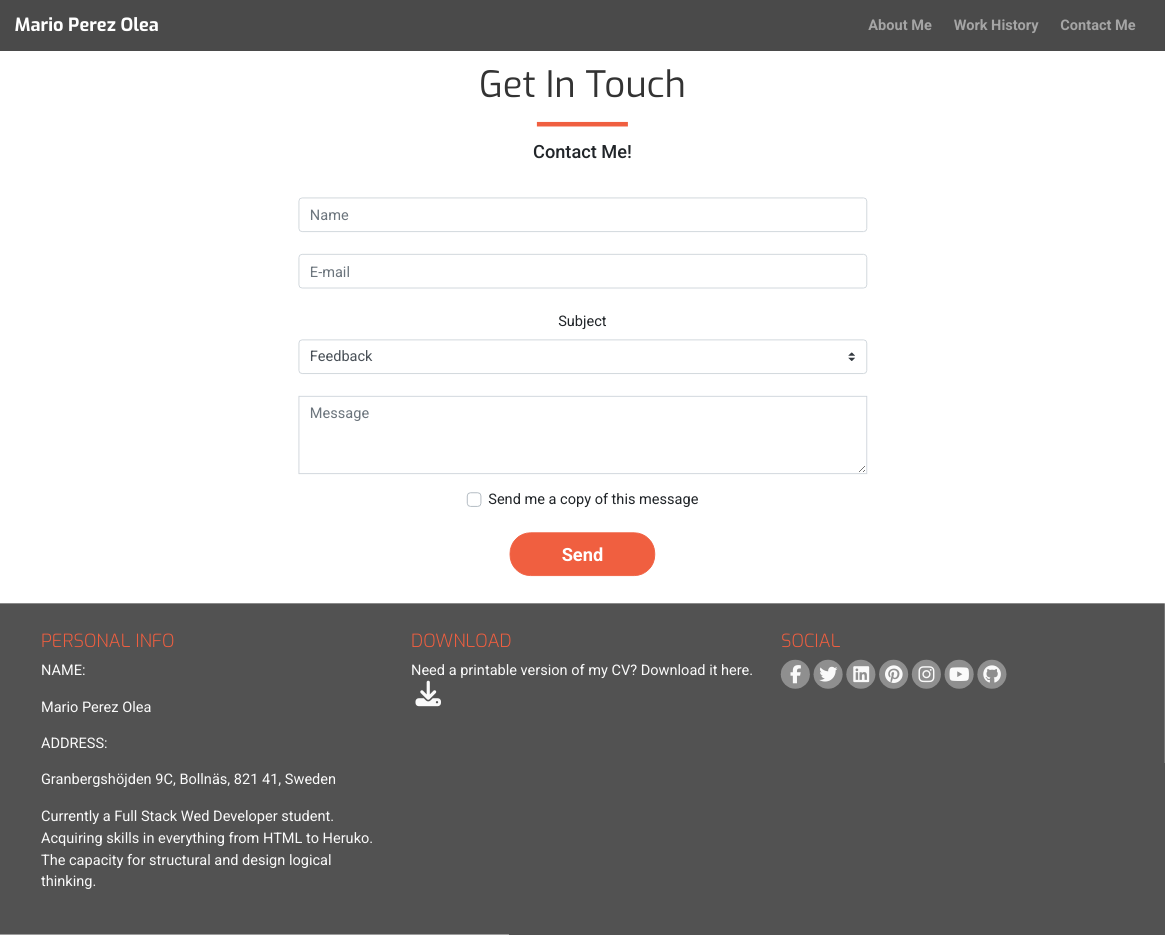
Repository: Supermario78/my-first-milestone-project
Page: contact.html
The author's editor kept a record of every edit. The page is drawn from the files as they stood at one moment, then again after the next edit.
The browser window is 1280 px wide. The pictures show the whole page, at 91% of full size.
Some web libraries are served in a nearby version.

Above is the page before.

### contact.html
<!DOCTYPE html>
<html lang="en">

<head>
    <meta charset="UTF-8">
    <meta name="viewport" content="width=device-width, initial-scale=1.0">
    <meta http-equiv="X-UA-Compatible" content="ie=edge">
    <link rel="stylesheet" href="https://stackpath.bootstrapcdn.com/bootstrap/4.3.1/css/bootstrap.min.css" type="text/css" />
    <link rel="stylesheet" href="https://stackpath.bootstrapcdn.com/font-awesome/4.7.0/css/font-awesome.min.css" type="text/css" />
    <link href="https://fonts.googleapis.com/css?family=Roboto:400,700&display=swap" rel="stylesheet">
    <script src="https://kit.fontawesome.com/2890cdb4fa.js"></script>
    <link rel="stylesheet" href="assets/css/style.css" type="text/css" />
    <title>Personal Profile | Mario Perez Olea</title>
</head>

<body>
    <section class="container-fluid fixed-top">
        <div class="navalert-container navbar-contact">
            <nav class="navbar navbar-dark navbar-expand-sm">
                <a href="index.html" class="navbar-brand">Mario Perez Olea</a>

                <button class="navbar-toggler ml-auto" type="button" data-toggle="collapse" data-target="#navbarNavDropdown" aria-controls="navbarNavDropdown" aria-expanded="false" aria-label="Toggle navigation">
        <span class="navbar-toggler-icon"></span></button>

                <div class="collapse navbar-collapse" id="navbarNavDropdown">
                    <ul class="navbar-nav ml-auto">
                        <li class="nav-item mr-2"><a class="nav-link" href="index.html#about-me">About Me</a></li>
                        <li class="nav-item mr-2"><a class="nav-link" href="work-history.html" class="hvr-sweep-to-bottom">Work History</a></li>
                        <li class="nav-item mr-2"><a class="nav-link" href="contact.html">Contact Me</a></li>
                    </ul>
                </div>
            </nav>
        </div>
    </section>

    <section class="container-fluid">
        <div class="row bg-color-contact-section">
            <div class="col">
                <h3 class="contact-heading text-center">Get In Touch</h3>
                <hr class="block-divider block-divider--orange">

                <h5 class="text-center">Contact Me!</h5>

                <div class="center-form text-center">
                    <!-- Name -->
                    <input type="text" id="defaultContactFormName" class="form-control mb-4" placeholder="Name">

                    <!-- Email -->
                    <input type="email" id="defaultContactFormEmail" class="form-control mb-4" placeholder="E-mail">

                    <!-- Subject -->
                    <label>Subject</label>
                    <select class="browser-default custom-select mb-4">
                        <option value="" disabled>Choose option</option>
                        <option value="1" selected>Feedback</option>
                        <option value="2">Report a bug</option>
                        <option value="3">Request Colaboration</option>
                        <option value="4">Job Prospect</option>
                        <option value="5">Other</option>
                    </select>

                    <!-- Message -->
                    <div class="form-group">
                        <textarea class="form-control rounded-0" id="exampleFormControlTextarea2" rows="3" placeholder="Message"></textarea>
                    </div>

                    <!-- Copy -->
                    <div class="custom-control custom-checkbox mb-4">
                        <input type="checkbox" class="custom-control-input" id="defaultContactFormCopy">
                        <label class="custom-control-label" for="defaultContactFormCopy">Send me a copy of this message</label>
                    </div>

                    <!-- Send button -->
                    <button class="btn btn-lg btn--cta btn--red" type="submit">Send</button>

                    </form>
                </div>
            </div>
        </div>
    </section>
    <!-----------------  footer -------->

    <footer class="container-fluid">
        <div id="footer-details" class="row footer-contact">
            <div class="col-sm-4 bg-color-personal-info section-column">
                <div class="row">
                    <div class="col-12">
                        <h5 class="uppercase general-sub">Personal Info</h5>
                    </div>
                </div>
                <div class="personal-info-item">
                    <div class="key">
                        <p class="uppercase">
                            Name:
                        </p>
                    </div>
                    <div class="value">
                        <p>
                           Mario Perez Olea
                        </p>
                    </div>
                </div>
                <div class="personal-info-item">
                    <div class="key">
                        <p class="uppercase">
                            Address:
                        </p>
                    </div>
                    <div class="value">
                        <p>
                           Granbergshöjden 9C, Bollnäs, 821 41, Sweden
                        </p>
                    </div>
                </div>

                <p class="inline-block">
                    Currently a Full Stack Wed Developer student. Acquiring skills in everything from HTML to Heruko. The capacity for structural and design logical thinking.
                </p>
            </div>
            <div class="col-sm-4">
                <h5 class="uppercase general-sub">Download</h5>
                <p class="inline-block">
                    Need a printable version of my CV? Download it here.
                    <a href="assets/images/sample-cv.pdf" target="_blank" class="cv-pdf">
                        <i class="fa fa-download" aria-hidden="true"></i>
                        <span class="sr-only">Donwload link.</span>
                    </a>
                </p>
            </div>
            <div class="col-sm-4">
                <h5 class="uppercase general-sub">Social</h5>
                <ul class="list-inline social-links">
                    <li class="list-inline-item">
                        <a target="_blank" href="https://www.facebook.com/mpolea">
                            <i class="fab fa-facebook-f" aria-hidden="true"></i>
                            <span class="sr-only">Facebook</span>
                        </a>
                    </li>
                    <li class="list-inline-item">
                        <a target="_blank" href="https://twitter.com/MJAPO_2013">
                            <i class="fab fa-twitter" aria-hidden="true"></i>
                            <span class="sr-only">Twitter</span>
                        </a>
                    </li>
                    <li class="list-inline-item">
                        <a target="_blank" href="https://www.linkedin.com/in/marioperezolea/">
                            <i class="fab fa-linkedin" aria-hidden="true"></i>
                            <span class="sr-only">LinkedIn</span>
                        </a>
                    </li>
                    <li class="list-inline-item">
                        <a target="_blank" href="#">
                            <i class="fab fa-pinterest" aria-hidden="true"></i>
                            <span class="sr-only">Pinterest</span>
                        </a>
                    </li>
                    <li class="list-inline-item">
                        <a target="_blank" href="#">
                            <i class="fab fa-instagram" aria-hidden="true"></i>
                            <span class="sr-only">Instagram</span>
                        </a>
                    </li>
                    <li class="list-inline-item">
                        <a target="_blank" href="https://www.youtube.com/channel/UCkFh0lc0NAoH8dJ1NBmKNEQ">
                            <i class="fab fa-youtube" aria-hidden="true"></i>
                            <span class="sr-only">Youtube</span>
                        </a>
                    </li>
                    <li class="list-inline-item">
                        <a target="_blank" href="https://github.com/Supermario78">
                            <i class="fab fa-github" aria-hidden="true"></i>
                            <span class="sr-only">GitHub</span>
                        </a>
                    </li>
                </ul>
            </div>
        </div>
        </div>
    </footer>
    <!-------- /. footer ------->

    <div class="modal" tabindex="-1" role="dialog" id="getintouchModal">
        <div class="modal-dialog" role="document">
            <div class="modal-content">
                <div class="modal-header">
                    <h5 class="modal-title">Get In Touch</h5>
                    <button type="button" class="close" data-dismiss="modal" aria-label="Close">
                        <span aria-hidden="true">&times;</span>
                    </button>
                </div>
                <!-- Default form contact -->
                <form class="text-center border border-light p-5" action="#!">

                    <p class="h4 mb-4">Contact Me!</p>

                    <!-- Name -->
                    <input type="text" id="defaultContactFormName" class="form-control mb-4" placeholder="Name">

                    <!-- Email -->
                    <input type="email" id="defaultContactFormEmail" class="form-control mb-4" placeholder="E-mail">

                    <!-- Subject -->
                    <label>Subject</label>
                    <select class="browser-default custom-select mb-4">
                        <option value="" disabled>Choose option</option>
                        <option value="1" selected>Feedback</option>
                        <option value="2">Report a bug</option>
                        <option value="3">Request Colaboration</option>
                        <option value="4">Job Prospect</option>
                    </select>

                    <!-- Message -->
                    <div class="form-group">
                        <textarea class="form-control rounded-0" id="exampleFormControlTextarea2" rows="3" placeholder="Message"></textarea>
                    </div>

                    <!-- Copy -->
                    <div class="custom-control custom-checkbox mb-4">
                        <input type="checkbox" class="custom-control-input" id="defaultContactFormCopy">
                        <label class="custom-control-label" for="defaultContactFormCopy">Send me a copy of this message</label>
                    </div>

                    <!-- Send button -->
                    <button class="btn btn-lg btn--cta btn--red" type="submit">Send</button>

                </form>
                <!-- Default form contact -->
            </div>
        </div>
    </div>

    <script src="https://code.jquery.com/jquery-3.3.1.slim.min.js" integrity="sha384-q8i/X+965DzO0rT7abK41JStQIAqVgRVzpbzo5smXKp4YfRvH+8abtTE1Pi6jizo" crossorigin="anonymous"></script>
    <script src="https://cdnjs.cloudflare.com/ajax/libs/popper.js/1.14.7/umd/popper.min.js" integrity="sha384-UO2eT0CpHqdSJQ6hJty5KVphtPhzWj9WO1clHTMGa3JDZwrnQq4sF86dIHNDz0W1" crossorigin="anonymous"></script>
    <script src="https://stackpath.bootstrapcdn.com/bootstrap/4.3.1/js/bootstrap.min.js" integrity="sha384-JjSmVgyd0p3pXB1rRibZUAYoIIy6OrQ6VrjIEaFf/nJGzIxFDsf4x0xIM+B07jRM" crossorigin="anonymous"></script>

</body>

</html>

### assets/css/style.css
@import url('https://fonts.googleapis.com/css?family=Roboto:100,200,300,400,500,600,700|Exo:100,200,300,400,500,600,700');

body {
	font-family: 'Roboto', sans-serif;
}

.bg-color-name-history-title {
	background-color: #676767;
}

.bg-color-work-history {
	background-color: #e84610;
}

.contact-heading {
	color: #333;
	text-align: center;
	font-family: "Exo", sans-serif;
	font-weight: 400;
	font-size: 40px;
	position: relative;
	margin-top: 70px;
}

.center-form {
	padding-top: 10px;
	margin: 0 auto;
	max-width: 70%;
}

.history-name {
	font-family: "Exo", sans-serif;
	font-weight: 100px;
	font-size: 28px;
	margin-top: 20px;
	color: #f05f40;
}

.list-inline-item:not(:last-child) {
	margin: 0;
}

.menucontainer {
	font-size: 0;
}

#nav {
	margin: 0;
}

#nav li {
	font-size: 14px;
	padding: 0;
}

.menuitem {
	height: 90px;
	text-align: center;
	padding: 0;
}

.menuitem a {
	width: 100%;
	text-decoration: none;
	color: #fff;
	height: 90px;
}

.menuitem a i {
	padding-top: 22px;
	display: block;
	color: #fafafa;
	font-size: 26px;
}

.menuitem span {
	display: block;
	width: 100%;
	padding-top: 5px;
	text-align: center;
	text-transform: uppercase;
	font-size: 14px;
	font-weight: 300;
	letter-spacing: 2px;
}

#nav li:hover {
	color: #fafafa;
	background: #e84610;
	transition: all 0.5s ease-in-out;
	-moz-transition: all 0.5s ease-in-out;
	-webkit-transition: all 0.5s ease-in-out;
	-o-transition: all 0.5s ease-in-out;
}

.welcome-container {
	height: 100vh;

	background: url("../images/landscape.jpeg") no-repeat bottom right fixed;
	-webkit-background-size: cover;
	-moz-background-size: cover;
	-o-background-size: cover;
	background-size: cover;

	display: flex;
	align-items: center;
	justify-content: center;

	position: relative;
}


.opaque-overlay {
	position: absolute;
	top: 0;
	left: 0;
	height: 100%;
	width: 100%;
	background-color: rgba(0, 0, 0, 0.5);
}

.video-container {
	display: flex;
	align-items: center;
	justify-content: center;
	margin-top: 50px;
	margin-bottom: 15px;
}


/* -------------- Special paddings/margins/text ------ */

/* -------------- Block dividers ------ */

.block-divider {
	width: 100px;
	height: 5px;
	border: 0;
}

.block-divider--orange {
	background-color: #f05f40;
}

.block-divider--short {
	width: 35px;
}

/* --------------- Navbar ------------- */

.navalert-container {
	position: absolute;
	top: 0;
	left: 0;
	padding-left: 0;
	padding-right: 0;
}

.navbar {
	margin-bottom: 0;
	border: 0;
	width: 100%;
	background-color: rgba(0, 0, 0, 0.1);
	z-index: 1;
}

.navbar-work,
.navbar-contact {
	position: fixed;
	margin-bottom: 20px;
	border: 0;
	width: 100%;
	background-color: #525252;
	z-index: 1;
}

.navbar-work {
	position: fixed;
}

.navbar .navbar-toggler {
	border: 0;
}

.navbar-brand {
	font-family: "Exo";
	sans-serif;
	color: #fff;
	font-weight: bold;
}

.navbar-dark .navbar-brand:hover {
    color: #e84610;
}

.navbar .navbar-nav a {
	color: #fff;
	font-weight: bold;
}


/* --------------  Jumbotron ------------*/

.jumbotron {
	background-color: transparent;
}

.jumbotron-header {
	font-family: "Exo";
	sans-serif;
	color: #fff;
	font-weight: 400;
	font-size: 46px;
	margin-top: 50px;
	margin-bottom: 30px;
}

.jumbotron .lead {
	font-family: "Roboto";
	sans-serif;
	margin: 25px;
	color: #fff;
	margin-bottom: 30px;
}

/* ----------------. Buttons ------------- */

.btn--cta {
	font-weight: bold;
	border-radius: 23px;
	width: 160px;
}

.btn--red {
	color: white;
	background-color: #f05f40;
	border-color: #f05f40;
}


.btn--red:hover,
.btn--red:active,
.btn--red:focus,
.btn--red:active:focus {
	background-color: #df4929;
	border-color: #df4929;
	color: white;
}

.history-heading,
.section-heading {
	color: #333;
	text-align: center;
	font-family: "Exo", sans-serif;
	font-weight: 400;
	font-size: 40px;
	position: relative;
	margin: 30px 0 60px;

}

.section-heading::after {
	content: "";
	width: 100px;
	position: absolute;
	margin: 0 auto;
	height: 5px;
	background: #f05f40;
	left: 0;
	right: 0;
	bottom: -10px;
}


.logo {
	background: url("../images/mario-pic2.jpg");
	background-position: center;
	background-repeat: no-repeat;
	background-size: cover;
	min-height: 360px;
	transition: all .5s ease-in-out;
	-moz-transition: all .5s ease-in-out;
	-webkit-transition: all .5s ease-in-out;
	-o-transition: all .5s ease-in-out;
}

/* --------------------- Media Queries -------------*/
.mobile-view {
	display: none;
}

@media screen and (max-width: 600px) {
	.mobile-view {
		display: block;
	}
	.desktop-view {
		display: none;
	}
}

@media(min-width: 992px) {
	.center-form {
		padding-top: 30px;
		min-height: 240px;
		margin: 0 auto;
		max-width: 50%;
	}
}

/* --------------------- Carousel -------------*/

h2 {
	color: #333;
	text-align: center;
	font-family: "Exo", sans-serif;
	font-weight: 400;
	font-size: 40px;
	position: relative;
	margin: 30px 0 60px;
}

h2::after {
	content: "";
	width: 100px;
	position: absolute;
	margin: 0 auto;
	height: 5px;
	background: #f05f40;
	left: 0;
	right: 0;
	bottom: -10px;
}

.col-center {
	margin: 0 auto;
	float: none !important;
}

.carousel {
	margin: 50px auto;
	padding: 0 70px;
}

.carousel .item {
	color: #999;
	font-size: 14px;
	text-align: center;
	overflow: hidden;
	min-height: 290px;
}

.carousel .item .img-box {
	width: 135px;
	height: 135px;
	margin: 0 auto;
	padding: 5px;
	border: 1px solid #ddd;
	border-radius: 50%;
}

.carousel .img-box img {
	width: 100%;
	height: 100%;
	display: block;
	border-radius: 50%;
}

.carousel .testimonial {
	padding: 20px 0 10px;
}

.carousel-item .testimonial:before {
	content: "\f10d";
	font-family: 'Fontawesome';
	float: left;
	margin-right: 10px;
}

.carousel .overview {
	font-style: italic;
}

.carousel .overview b {
	text-transform: uppercase;
	color: #f05f40;
}

.carousel .carousel-control {
	width: 40px;
	height: 40px;
	margin-top: -20px;
	top: 50%;
	background: none;
}

.carousel-control i {
	font-size: 68px;
	line-height: 42px;
	position: absolute;
	display: inline-block;
	color: rgba(0, 0, 0, 0.8);
	text-shadow: 0 3px 3px #e6e6e6, 0 0 0 #000;
}

.carousel .carousel-indicators {
	bottom: -40px;
}

.carousel-indicators li,
.carousel-indicators li.active {
	width: 10px;
	height: 10px;
	margin: 1px 3px;
	border-radius: 50%;
}

.carousel-indicators li {
	background: #999;
	border-color: transparent;
	box-shadow: inset 0 2px 1px rgba(0, 0, 0, 0.2);
}

.carousel-indicators li.active {
	background: #555;
	box-shadow: inset 0 2px 1px rgba(0, 0, 0, 0.2);
}

/* ------------------------------ Footer ------ */

.footer-contact {
	margin-top: 30px;
	margin-bottom: 0px;

}

.uppercase {
	text-transform: uppercase;
}

.general-sub {
	font-family: "Exo";
	sans-serif;
	font-weight: 300;
	color: #f05f40;
}

.inline-block {
	display: inline-block;
}

footer {
	background-color: #525252;
	color: #fafafa;
	min-height: 120px;
	margin: 0;
}

.cv-pdf i {
	font-size: 28px;
	color: #fafafa;
	text-align: center;
	padding-left: 5px;
	transition: all 0.5s ease-in-out;
	-moz-transition: all 0.5s ease-in-out;
	-webkit-transition: all 0.5s ease-in-out;
	-o-transition: all 0.5s ease-in-out;
}

.cv-pdf i:hover {
	color: #e84610;
}


#footer-details {
	padding: 30px;
}

.social-links {
	padding-bottom: 15px;
}

.social-links li a i {
	width: 32px;
	height: 32px;
	padding: 12px 0;
	border-radius: 50%;
	font-size: 20px;
	line-height: 7px;
	text-align: center;
	color: #fafafa;
	background: #8f8f8f;
	transition: all 0.5s ease-in-out;
	-moz-transition: all 0.5s ease-in-out;
	-webkit-transition: all 0.5s ease-in-out;
	-o-transition: all 0.5s ease-in-out;
}

.social-links li a i:hover {
	background: #e84610;
}

.social-links li a i.fab.fa-facebook-f:hover {
	background-color: #3b5998;
}

.social-links li a i.fab.fa-twitter:hover {
	background-color: #38A1F3;
}

.social-links li a i.fab.fa-linkedin:hover {
	background-color: #0077B5;
}

.social-links li a i.fab.fa-pinterest:hover {
	background-color: #c8232c;
}

.social-links li a i.fab.fa-instagram:hover {
	background-color: #c13584;
}

.social-links li a i.fab.fa-youtube:hover {
	background-color: #c4302b;
}

.social-links li a i.fab.fa-github:hover {
	background-color: #211f1f;
}

/* -------------------------------------------------Three Points */

.three-points-icon {
	font-size: 26px;
	color: #f05f40;
}

.section-heading {
	color: #333;
	font-family: "Exo", sans-serif;
	font-weight: 400;
	font-size: 40px;
	position: relative;
	margin: 30px 0 60px;
}

.three-points-heading {
	margin-bottom: 15px;
}

.navbar-brand-history {
	color: #f05f40;
	font-family: "Exo", sans-serif;
	font-weight: 400;
	font-size: 24px;
}

.navbar-history {
	background-color: #525252;
	color: #fafafa;
}

.history-section {
	height: 100vh;
	margin: 60px 20px;
}

/* --------------- Working History ------------- */

.history-heading {
	color: #fafafa;
}

.history-heading::after {
	content: "";
	width: 100px;
	position: absolute;
	margin: 0 auto;
	height: 5px;
	background: #fafafa;
	left: 0;
	right: 0;
	bottom: -10px;
}

.timeline-item {
	padding :4em 2em 0em 2em;
	position: relative;
	color: #fafafa;
	border-left: 1px solid;
}

.timeline-item p {
	padding: 0;
	margin: 0;
}

.timeline-item:before {
	content: attr(data-dates);
	position: absolute;
	left: 2.5em;
	top: 3em;
	display: block;
	font-family: "Exo" , sans-serif;
	font-weight: 500;
	font-size: 0.8em;
	padding: 0;
	margin: 0;
}

.timeline-item:after {
	width: 12px;
	height: 12px;
	display: block;
	top: 2.4em;
	position: absolute;
	left: -6px;
	border-radius: 12px;
	content: '';
	background: #fafafa;
}

.history-items {
margin-bottom: 30px;
}

.history-body {
	margin-top: 40px;
}


/* --------------- Skills ------------- */

.progress {
	position: relative;
	height: 25px;
	margin-bottom: 4px;
}

.progress-type {
	position: absolute;
	left: 0px;
	font-weight: 400;
	padding: 3px 30px 2px 10px;
	color: #fafafa;
	background-color: rgba(25, 25, 25, 0.2)
}

.progress-section {
	margin: 40px 20px;
}

/* --------------- Footer Personal Info. ------------- */

.personal-info-item {

}

After the next edit:
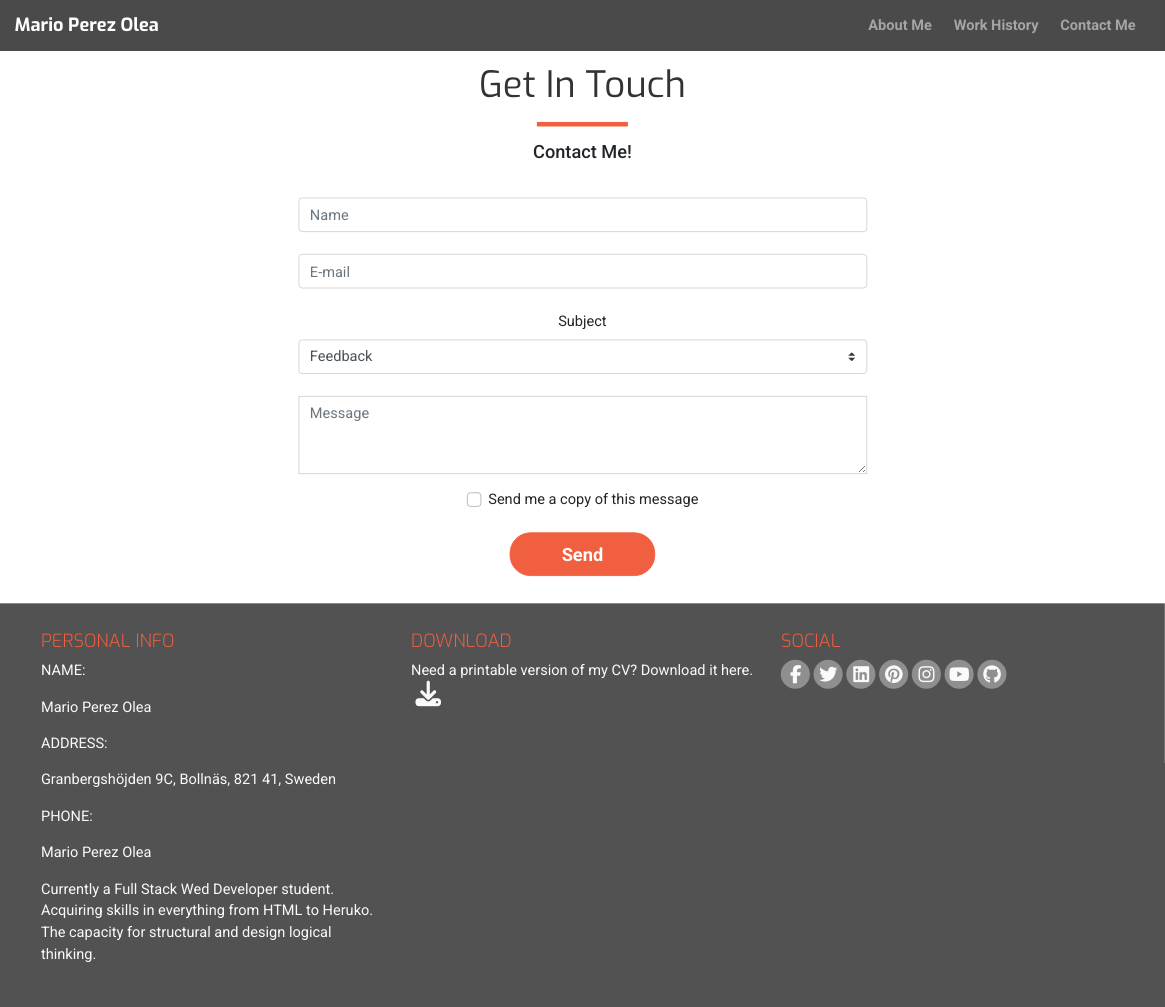
The edit:
--- a/contact.html
+++ b/contact.html
@@ -112,6 +112,18 @@
                         </p>
                     </div>
                 </div>
+                <div class="personal-info-item">
+                    <div class="key">
+                        <p class="uppercase">
+                            Phone:
+                        </p>
+                    </div>
+                    <div class="value">
+                        <p>
+                           Mario Perez Olea
+                        </p>
+                    </div>
+                </div>
 
                 <p class="inline-block">
                     Currently a Full Stack Wed Developer student. Acquiring skills in everything from HTML to Heruko. The capacity for structural and design logical thinking.
